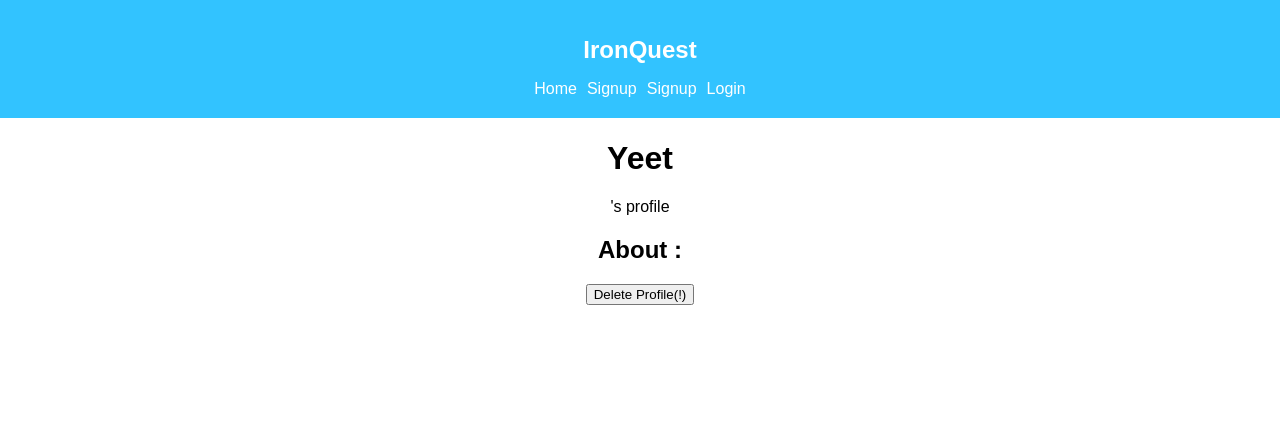
Repository: MikeTroianello/project4
Page: /profile (app in client/), after clicking the first element matching `button`
These files come from the project's save history. The page is drawn as it stood at one moment and after a run of saves; the edit follows.
The browser window is 1280 px wide. The pictures show the whole page.
The page's requests for data from a server got no answer. The project was rebuilt for these pictures with package versions that can differ from the ones it lists, and the page was loaded fresh each time. No one was signed in, and anything a server would have sent is missing. Also part of the build but not shown: client/src/components/pages/StoryPage.jsx, client/src/components/pages/CreateStory.jsx, client/src/components/pages/ReadStory.jsx, client/src/components/pages/Home.jsx, client/src/components/pages/Login.jsx, client/src/components/pages/Signup.jsx.

Above is the page before, as saved 2019-03-21 16:42:00.

### client/public/index.html
<!DOCTYPE html>
<html lang="en">

<head>
  <meta charset="utf-8">
  <meta name="viewport" content="width=device-width, initial-scale=1, shrink-to-fit=no">
  <meta name="theme-color" content="#000000">
  <!--
      manifest.json provides metadata used when your web app is added to the
      homescreen on Android. See https://developers.google.com/web/fundamentals/engage-and-retain/web-app-manifest/
    -->
  <!-- <link rel="manifest" href="%PUBLIC_URL%/manifest.json"> -->
  <link rel="shortcut icon" href="%PUBLIC_URL%/favicon.ico">
  <!--
      Notice the use of %PUBLIC_URL% in the tags above.
      It will be replaced with the URL of the `public` folder during the build.
      Only files inside the `public` folder can be referenced from the HTML.

      Unlike "/favicon.ico" or "favicon.ico", "%PUBLIC_URL%/favicon.ico" will
      work correctly both with client-side routing and a non-root public URL.
      Learn how to configure a non-root public URL by running `npm run build`.
    -->
  <title>IronQuest</title>
</head>

<body>
  <noscript>
    You need to enable JavaScript to run this app.
  </noscript>
  <div id="root"></div>
  <!--
      This HTML file is a template.
      If you open it directly in the browser, you will see an empty page.

      You can add webfonts, meta tags, or analytics to this file.
      The build step will place the bundled scripts into the <body> tag.

      To begin the development, run `npm start` or `yarn start`.
      To create a production bundle, use `npm run build` or `yarn build`.
    -->
</body>

</html>

### client/src/index.js
import React from 'react';
import ReactDOM from 'react-dom';
import './index.scss';
import { BrowserRouter as Router } from 'react-router-dom';
import App from './components/App.jsx';
// import registerServiceWorker from './registerServiceWorker';

ReactDOM.render(<Router><App /></Router>, document.getElementById('root'));
// registerServiceWorker();

### client/src/index.scss
// --------------------
// Definition of variables
$primary: #32c3ff;


// ----------------------------------------
// To install Boostrap:
// 1) Run in the client folder: $ npm i bootstrap
// 2) Import bootstrap with the following line
// @import '../node_modules/bootstrap/scss/bootstrap.scss';
//
// To install Reactstrap:
// 1) Run in the client folder: $ npm i reactstrap
// 2) Go to the official documentation and take some examples: https://reactstrap.github.io/
// import { Button } from 'reactstrap';
// <Button color="danger">Danger!</Button>
// ----------------------------------------


// --------------------
// Style reusable for all components
body {
  margin: 0;
  padding: 0;
  font-family: sans-serif;
}

.info {
  margin: 20px;
  padding: 10px 20px;
  border-radius: 10px;
  display: inline-block;
  background-color: #5776e9;
  color: white;
}

.info.info-danger {
  background-color: #e73f3f;
}

// --------------------
// Style for App component
.App {
  text-align: center;

  .App-logo {
    animation: App-logo-spin infinite 20s linear;
    height: 80px;
  }

  .App-header {
    background-color: $primary;
    padding: 20px;
    color: white;

    a {
      color: white;
      padding: 0 5px;
      text-decoration: unset;
    }

    a.active {
      font-weight: bold;
    }
  }

  .App-title {
    font-size: 1.5em;
  }

  .App-intro {
    font-size: large;
  }

  @keyframes App-logo-spin {
    from {
      transform: rotate(0deg);
    }

    to {
      transform: rotate(360deg);
    }
  }
}

// --------------------
// Style for Home component
.Home {
  p {
    font-size: 1.2em;
  }
}

// --------------------
// Style for Secret component
.Secret {
  .result {
    font-size: 1.2em;
    color: $primary;
  }
}

.storyText{
    height:200px;
    font-size:14pt;
}

### client/src/components/App.jsx
import React, { Component } from 'react';
import { Route, Link, NavLink, Switch } from 'react-router-dom';
import Home from './pages/Home';
import CreateStory from './pages/CreateStory';
import Login from './pages/Login';
import Signup from './pages/Signup';
import api from '../api';
import ReadStory from './pages/ReadStory'
import StoryPage from './pages/StoryPage'
import Profile from './pages/Profile'

export default class App extends Component {
  state = {
    user: {},
  }

  componentDidMount() {
    this.setUser()
  }

  setUser = () => {
    if (api.isLoggedIn()) {
      this.setState({ user: api.getLocalStorageUser() })
    } else {
      this.setState({ user: {} })

    }
  }

  handleLogoutClick(e) {
    api.logout()
    //this.setState({user:null})
    this.setUser()

  }

  render() {
    return (
      <div className="App">
        <header className="App-header">
          <h1 className="App-title">IronQuest</h1>
          {api.isLoggedIn() && <h3>Hello, {this.state.user.username}!</h3>}
          <NavLink to="/" exact>Home</NavLink>
          {!api.isLoggedIn() && <NavLink to="/signup">Signup</NavLink>}
          {!api.isLoggedIn() && <NavLink to="/signup">Signup</NavLink>}
          {!api.isLoggedIn() && <NavLink to="/login">Login</NavLink>}
          {api.isLoggedIn() && <NavLink to="/profile">Profile Page</NavLink>}
          {api.isLoggedIn() && <Link to="/" onClick={(e) => this.handleLogoutClick(e)}>Logout</Link>}
          {/* <NavLink to="/readstory">Read a Story</NavLink> */}
        </header>
        <Switch>


        <Route
            exact
            path='/'
            render={(props) => <Home {...props}  setUser={this.setUser} />}
          />
          <Route
            path='/signup'
            render={(props) => <Signup {...props} setUser={this.setUser} />}
          />
          <Route
            path='/login'
            render={(props) => <Login {...props} setUser={this.setUser}/>}
          />
          <Route
            path='/createstory'
            render={(props) => <CreateStory {...props} setUser={this.setUser}/>}
          />
          <Route
            path='/readstory'
            render={(props) => <ReadStory {...props} setUser={this.setUser}/>}
          />
          <Route
            path='/profile'
            render={(props) => <Profile {...props} setUser={this.setUser}/>}
          />
          <Route
            path='/story/:id'
            render={(props) => <StoryPage {...props} setUser={this.setUser}/>}
          />
          <Route render={() => <h2>404</h2>} />


        </Switch>
      </div>
    );
  }
}

### client/src/api.js
import axios from 'axios'
axios.defaults.withCredentials = true


const service = axios.create({
  baseURL: process.env.NODE_ENV === 'production' ? '/api' : 'http://localhost:5000/api',
  withCredentials: true
})

const errHandler = err => {
  console.error(err)
  if (err.response && err.response.data) {
    console.error("API response", err.response.data)
    throw err.response.data.message
  }
  throw err
}

export default {
  service: service,

  // This method is synchronous and returns true or false
  // To know if the user is connected, we just check if we have a value for localStorage.getItem('user')
  isLoggedIn() {
    return localStorage.getItem('user') != null
  },

  // This method returns the user from the localStorage
  // Be careful, the value is the one when the user logged in for the last time
  getLocalStorageUser() {
    return JSON.parse(localStorage.getItem('user'))
  },

  // This method signs up and logs in the user
  signup(userInfo) {
    return service
      .post('/signup', userInfo)
      .then(res => {
        // If we have localStorage.getItem('user') saved, the application will consider we are loggedin
        localStorage.setItem('user', JSON.stringify(res.data))
        return res.data
      })
      .catch(errHandler)
  },

  login(username, password) {
    return service
      .post('/login', {
        username,
        password,
      })
      .then(res => {
        // If we have localStorage.getItem('user') saved, the application will consider we are loggedin
        localStorage.setItem('user', JSON.stringify(res.data))
        return res.data
      })
      .catch(errHandler)
  },

  logout() {
    localStorage.removeItem('user')
    return service
      .get('/logout')
  },

  // This is an example on how to use this method in a different file
  // api.getCountries().then(countries => { /* ... */ })

}

### client/src/components/pages/Profile.jsx
import React, { Component } from 'react';
import Axios from 'axios';
import { SERVER_URL } from '../../config'

export default class Profile extends Component{
  constructor(props){
    super(props)
    this.state={
      user:{},
      show:false
    }
  }

  deleteProfile(){
    console.log("BUTTON CLICKED")
    this.setState({
      show: true
    })
  }

  componentDidMount(){
    Axios.get(`${SERVER_URL}/getUser`).then(userFromServer => {
      console.log("ANYTHING", userFromServer.data.user)
      this.setState({user:userFromServer.data.user})
    })
  }

  render(){
   console.log(this.state.user.username)
    return(
      <div>
      <h1>Yeet</h1>
      <p>{this.state.user.username}'s profile</p>
      <h2>About {this.state.user.username}:</h2>

      <button onClick={(e) => this.deleteProfile()}>Delete Profile(!)</button>
      </div>
    )
  }
}

### client/src/config.js
export const SERVER_URL = process.env.NODE_ENV === 'production' ? 'https://ironquest.herokuapp.com/api' : 'http://localhost:5000/api'

After the next 2 saves:
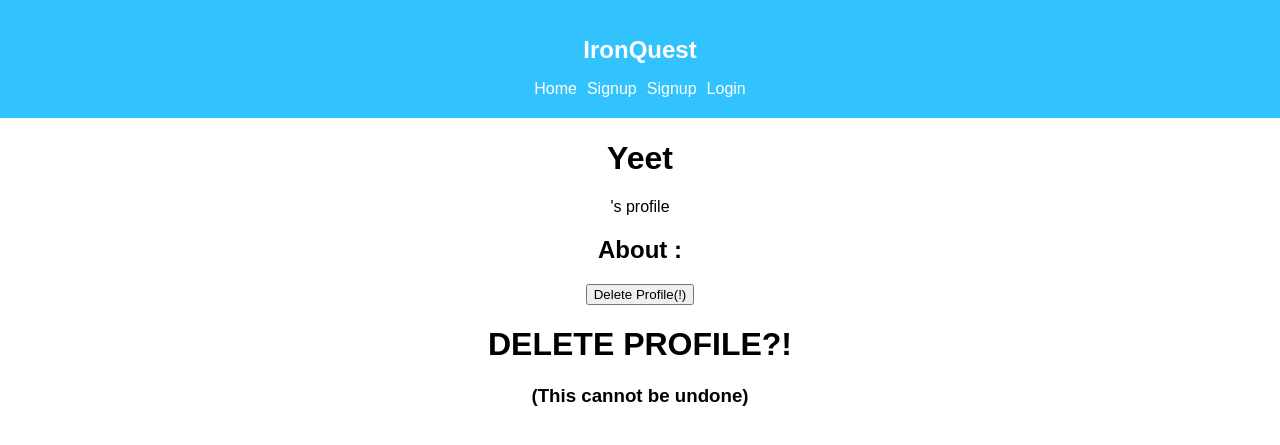
The 2 saves are shown as one change because 1 did not build or start.
The last was saved 2 min 5 s later.
--- a/client/src/components/pages/Profile.jsx
+++ b/client/src/components/pages/Profile.jsx
@@ -34,6 +34,9 @@ export default class Profile extends Component{
       <h2>About {this.state.user.username}:</h2>
 
       <button onClick={(e) => this.deleteProfile()}>Delete Profile(!)</button>
+      {this.state.show && <h1>DELETE PROFILE?!</h1>}
+      {this.state.show && <h3>(This cannot be undone)</h3>}
+
       </div>
     )
   }
